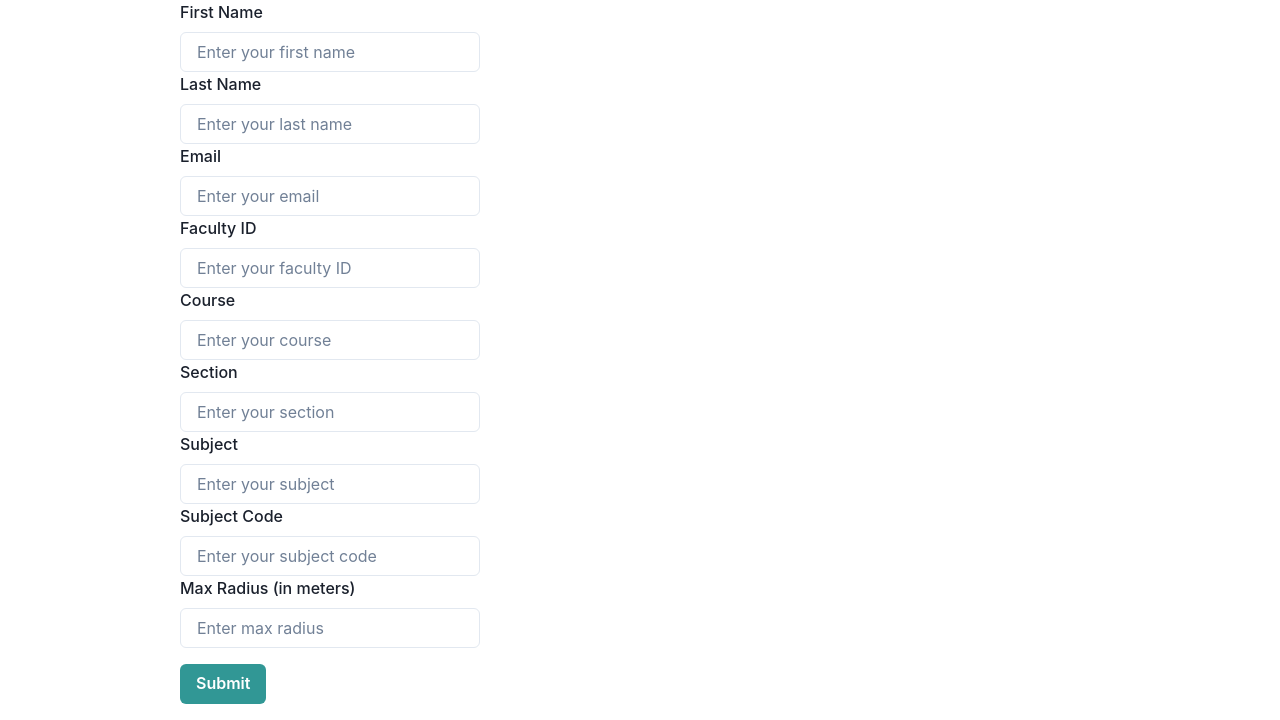
Repository: shash0708/attendence
Page: /form
An editor plug-in stored every save of this project. The page is shown before and after the next save, followed by the edit.
The browser window is 1280 px wide. The pictures show the whole page.
The project was rebuilt for these pictures with package versions that can differ from the ones it lists, and the page was loaded fresh each time. Also part of the build but not shown: src/App.css, client/src/components/Navbar/Navbar.component.jsx, src/components/Button/Button.component.jsx, src/components/Login/Login.component.jsx, src/components/homeProp/HomeProp.styles.scss, src/components/homeProp/HomeProp.component.jsx, src/routes/Home/Home.styles.scss, src/routes/Home/Home.component.jsx and 2 more.

Above is the page before, as saved 2024-04-06 21:59:56.

### src/index.js
import React from 'react';
import ReactDOM from 'react-dom/client';
import './index.css';
import App from './App';
import reportWebVitals from './reportWebVitals';
import { BrowserRouter } from 'react-router-dom';
import { ChakraProvider } from '@chakra-ui/react'

const root = ReactDOM.createRoot(document.getElementById('root'));
root.render(
  <React.StrictMode>
  <BrowserRouter>
<ChakraProvider>
    <App />
    </ChakraProvider>
    </BrowserRouter>

  </React.StrictMode>
);

// If you want to start measuring performance in your app, pass a function
// to log results (for example: reportWebVitals(console.log))
// or send to an analytics endpoint. Learn more: https://bit.ly/CRA-vitals
reportWebVitals();

### src/App.js
import './App.css';
import Home from './routes/Home/Home.component.jsx'
import { Routes,Route} from 'react-router-dom';
import Authentication from './routes/Authentication/Authentication.component';
import Form from './components/Form/From.component.jsx';

function App() {
  return (
    <Routes>
    <Route index element={<Home/>}/>

    <Route path='auth' element={<Authentication/>}/>
    <Route path='form' element={<Form/>}/>
    </Routes>
  );
}

export default App;

### src/components/Form/From.component.jsx
import { useForm } from 'react-hook-form'
import {
  FormErrorMessage,
  FormLabel,
  FormControl,
  Input,
  Button,
  Box,
} from '@chakra-ui/react'

export default function Form() {
  const {
    handleSubmit,
    register,
    formState: { errors, isSubmitting },
  } = useForm()

  function onSubmit(values) {
    return new Promise((resolve) => {
      setTimeout(() => {
        alert(JSON.stringify(values, null, 2))
        resolve()
      }, 3000)
    })
  }

  return (
    <Box width="300px" marginRight="800" marginLeft="auto">
    <form onSubmit={handleSubmit(onSubmit)}>
    <FormControl isInvalid={errors.firstName}>
      <FormLabel htmlFor='firstName'>First Name</FormLabel>
      <Input
        id='firstName'
        placeholder='Enter your first name'
        {...register('firstName', {
          required: 'This field is required',
          minLength: { value: 4, message: 'Minimum length should be 4' },
        })}
      />
      <FormErrorMessage>
        {errors.firstName && errors.firstName.message}
      </FormErrorMessage>
    </FormControl>
    <FormControl isInvalid={errors.lastName}>
      <FormLabel htmlFor='lastName'>Last Name</FormLabel>
      <Input
        id='lastName'
        placeholder='Enter your last name'
        {...register('lastName', {
          required: 'This field is required',
          minLength: { value: 4, message: 'Minimum length should be 4' },
        })}
      />
      <FormErrorMessage>
        {errors.lastName && errors.lastName.message}
      </FormErrorMessage>
    </FormControl>
    <FormControl isInvalid={errors.email}>
      <FormLabel htmlFor='email'>Email</FormLabel>
      <Input
        id='email'
        type='email'
        placeholder='Enter your email'
        {...register('email', {
          required: 'This field is required',
          pattern: {
            value: /^[A-Z0-9._%+-]+@[A-Z0-9.-]+\.[A-Z]{2,}$/i,
            message: 'Invalid email address',
          },
        })}
      />
      <FormErrorMessage>
        {errors.email && errors.email.message}
      </FormErrorMessage>
    </FormControl>
    <FormControl isInvalid={errors.facultyId}>
      <FormLabel htmlFor='facultyId'>Faculty ID</FormLabel>
      <Input
        id='facultyId'
        placeholder='Enter your faculty ID'
        {...register('facultyId', {
          required: 'This field is required',
          minLength: { value: 4, message: 'Minimum length should be 4' },
        })}
      />
      <FormErrorMessage>
        {errors.facultyId && errors.facultyId.message}
      </FormErrorMessage>
    </FormControl>
    <FormControl isInvalid={errors.course}>
      <FormLabel htmlFor='course'>Course</FormLabel>
      <Input
        id='course'
        placeholder='Enter your course'
        {...register('course', {
          required: 'This field is required',
          minLength: { value: 4, message: 'Minimum length should be 4' },
        })}
      />
      <FormErrorMessage>
        {errors.course && errors.course.message}
      </FormErrorMessage>
    </FormControl>
    <FormControl isInvalid={errors.section}>
      <FormLabel htmlFor='section'>Section</FormLabel>
      <Input
        id='section'
        placeholder='Enter your section'
        {...register('section', {
          required: 'This field is required',
          minLength: { value: 4, message: 'Minimum length should be 4' },
        })}
      />
      <FormErrorMessage>
        {errors.section && errors.section.message}
      </FormErrorMessage>
    </FormControl>
    <FormControl isInvalid={errors.subject}>
      <FormLabel htmlFor='subject'>Subject</FormLabel>
      <Input
        id='subject'
        placeholder='Enter your subject'
        {...register('subject', {
          required: 'This field is required',
          minLength: { value: 4, message: 'Minimum length should be 4' },
        })}
      />
      <FormErrorMessage>
        {errors.subject && errors.subject.message}
      </FormErrorMessage>
    </FormControl>
    <FormControl isInvalid={errors.subjectCode}>
      <FormLabel htmlFor='subjectCode'>Subject Code</FormLabel>
      <Input
        id='subjectCode'
        placeholder='Enter your subject code'
        {...register('subjectCode', {
          required: 'This field is required',
          minLength: { value: 4, message: 'Minimum length should be 4' },
        })}
      />
      <FormErrorMessage>
        {errors.subjectCode && errors.subjectCode.message}
      </FormErrorMessage>
    </FormControl>
    <FormControl isInvalid={errors.maxRadius}>
      <FormLabel htmlFor='maxRadius'>Max Radius (in meters)</FormLabel>
      <Input
        id='maxRadius'
        placeholder='Enter max radius'
        type='number'
        {...register('maxRadius', {
          required: 'This field is required',
          minLength: { value: 4, message: 'Minimum length should be 4' },
        })}
      />
      <FormErrorMessage>
        {errors.maxRadius && errors.maxRadius.message}
      </FormErrorMessage>
    </FormControl>
    <Button mt={4} colorScheme='teal' isLoading={isSubmitting} type='submit'>
      Submit
    </Button>
  </form>
    </Box>
  )
}

Loaded but not shown: public/index.html (common file); src/index.css (common file); src/reportWebVitals.js (common file)

After the next save:
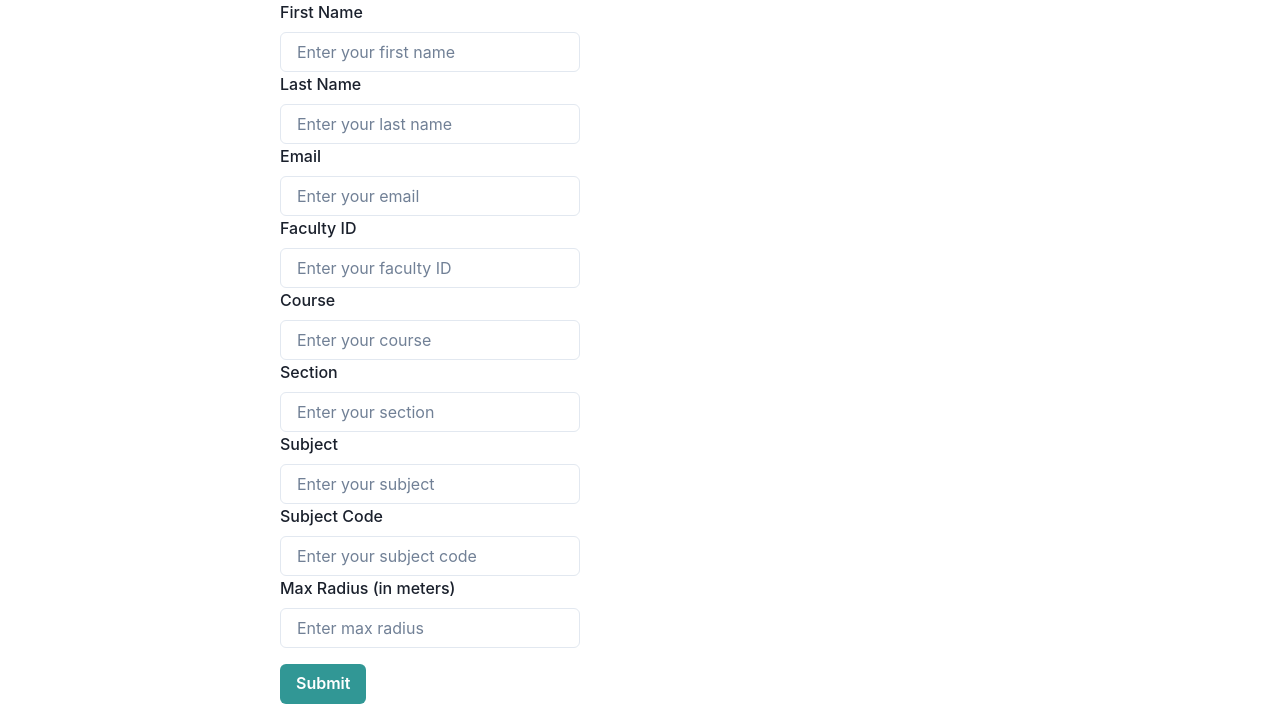
Saved 5 s later.
--- a/src/components/Form/From.component.jsx
+++ b/src/components/Form/From.component.jsx
@@ -25,7 +25,7 @@ export default function Form() {
   }
 
   return (
-    <Box width="300px" marginRight="800" marginLeft="auto">
+    <Box width="300px" marginRight="700" marginLeft="auto">
     <form onSubmit={handleSubmit(onSubmit)}>
     <FormControl isInvalid={errors.firstName}>
       <FormLabel htmlFor='firstName'>First Name</FormLabel>
